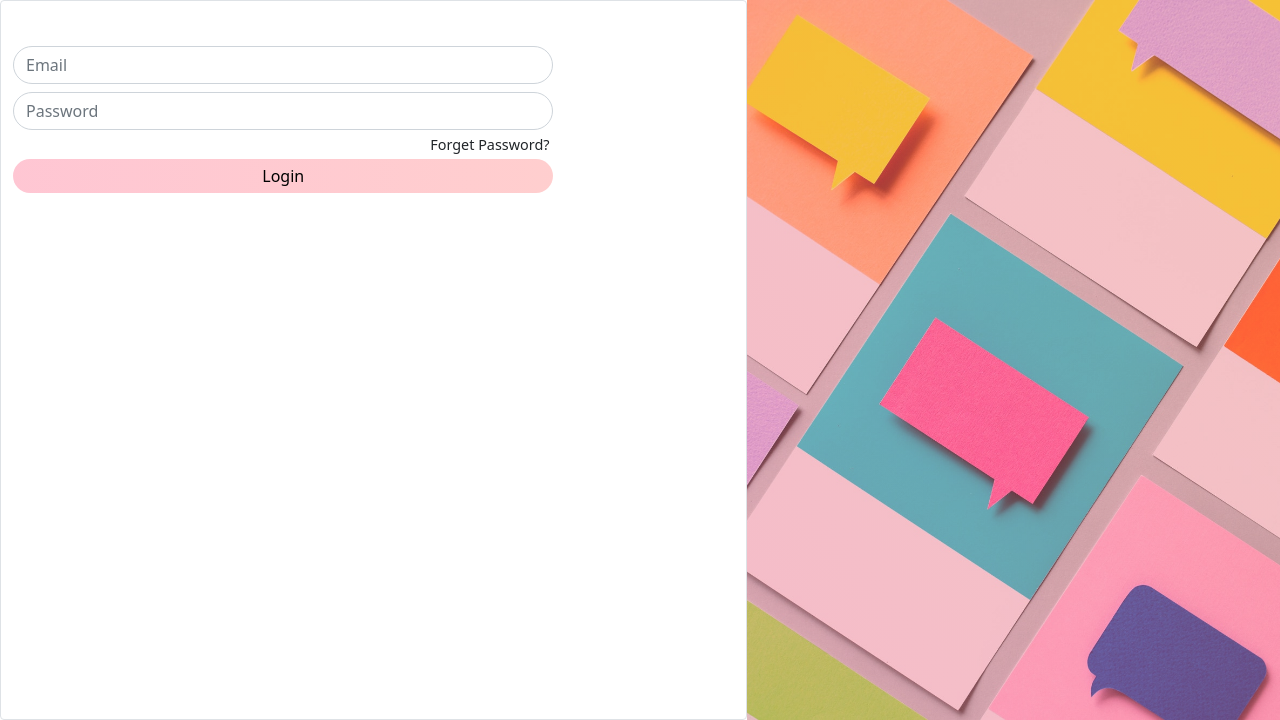
Repository: SaudCh/React-login
Page: /login
An editor plug-in stored every save of this project. The page is shown before and after the next save, followed by the edit.
The browser window is 1280 px wide. The pictures show the whole page.
The project was rebuilt for these pictures with package versions that can differ from the ones it lists, and the page was loaded fresh each time. Also part of the build but not shown: src/Components/Register/RegsiterCss.js, src/Components/Register/RegisterValidation.js, src/Components/Register/Register.jsx, src/Components/Home/Home.jsx.

Above is the page before, as saved 2022-02-06 12:30:40.

### src/App.js
import Login from './Components/Login/Login';
import Register from './Components/Register/Register'
import '../node_modules/bootstrap/dist/css/bootstrap.min.css'
import { Routes, Route } from 'react-router-dom'
import Home from './Components/Home/Home';

function App() {
  return (
    <Routes>
      <Route path="login" element={<Login />} />
      <Route path="register" element={<Register />} />
      <Route path="/" element={<Home />} />
      <Route path="*" element={<Register />} />
    </Routes >
  );
}

export default App;

### src/Components/Login/Login.jsx
import React, { useState } from "react";
import "./Login.css";
import { formStyle } from "./logincss";
import axios from "axios";
import { loginValidation } from "./loginValidation";

export default function Login() {
  const [email, setEmail] = useState();
  const [password, setPassword] = useState();
  const [error, setError] = useState("");

  const formSubmit = (e) => {
    setError("");
    e.preventDefault();
    const data = {
      email: email,
      password: password,
    };

    const errors = loginValidation(data);

    if (Object.keys(errors).length !== 0) {
      setError(errors);
      return;
    }

    axios
      .post("http://localhost:5000/api/user/login", data)
      .then(function (response) {
        console.log(response);
      })
      .catch(function (error) {
        let err;
        if (error.response) {
          err = error.response.data.message;
        } else if (error.request) {
          err = error.toJSON().message;
        } else {
          err = error.message;
        }
        setError({ api: err });
      });
  };

  return (
    <div>
      <div className="container-fluid">
        <div className="row">
          <div className="col-10 col-md-7 border rounded">
            <form onSubmit={formSubmit} className="col-9">
              {error.api && <p className="text-danger p-0 m-0">{error.api}</p>}
              <div className="my-2">
                <h4 className="text-white">Login </h4>
              </div>
              <div className="form-group my-2">
                <input
                  style={formStyle}
                  value={email}
                  onChange={(email) => setEmail(email.target.value)}
                  type="email"
                  class="form-control"
                  id="email"
                  placeholder={"Email"}
                />
                {error.email && (
                  <p className="text-danger p-0 m-0">{error.email}</p>
                )}
              </div>
              <div className="form-group mt-2 mb-1">
                <input
                  style={formStyle}
                  value={password}
                  onChange={(password) => setPassword(password.target.value)}
                  type="password"
                  class="form-control"
                  id="password"
                  placeholder="Password"
                />
                {error.password && (
                  <p className="text-danger p-0 m-0">{error.password}</p>
                )}
              </div>
              <div>
                <p className="text-end p-0 m-1" style={{ fontSize: "0.9rem" }}>
                  Forget Password?
                </p>
              </div>
              <div>
                <button className="login-btn">Login</button>
              </div>
            </form>
          </div>
          <div className="col-md-5 login-background-image "></div>
        </div>
      </div>
    </div>
  );
}

### src/Components/Login/Login.css
:root {
  --primary: rgba(254, 113, 145, 0.4);
  --secondary: rgba(255, 133, 133, 0.4);
}
.login-background-image {
  height: 100vh;
  width: 100vw;

  background: linear-gradient(to top right, var(--primary), var(--secondary)),
    url("../Images/back.jpg") no-repeat center center / cover;
}

.login-btn {
  width: 100%;
  border: none;
  border-radius: 25px;
  padding: 5px 0;
  background: linear-gradient(to right, var(--primary), var(--secondary));
}

input:hover,
input:active,
input:focus,
input:-webkit-autofill {
  outline: 0px !important;
  -webkit-appearance: none;
  box-shadow: none !important;
}
input:-webkit-autofill,
input:-webkit-autofill:focus {
  transition: background-color 600000s 0s, color 600000s 0s;
}

### src/Components/Login/logincss.js
export const formStyle = {
    backgroundColor: "transparent",
    borderRadius: 25,
};

### src/Components/Login/loginValidation.js
export const loginValidation = (data) => {
    let errors = {};

    if (!data.email) {
        errors.email = "Email Is Required."
    }
    else if (!/\S+@\S+\.\S+/.test(data.email)) {
        errors.email = "Invalid Email"
    }
    if (!data.password) {
        errors.password = "Password is required."
    }
    else if (data.password.length < 6) {
        errors.password = "Password Must be more than Six Characters"
    }
    return errors;

}

### src/Components/Register/Register.css
.background-image {
  background-image: linear-gradient(rgba(0, 0, 0, 0.2), rgba(0, 0, 0, 0.2)),
    url("../Images/back.jpg");
  background-position: center;
  background-repeat: no-repeat;
  background-size: cover;

  height: 100vh;
  justify-content: center;
  align-items: center;

  position: relative;
  z-index: 1;
}
.background-image::before {
  content: "";
  position: absolute;
  background: inherit;
  top: 0;
  bottom: 0;
  left: 0;
  right: 0;
  filter: blur(1px);
  z-index: -1;
}

.background-text {
  padding: 20px 0px;
  display: flex;
  justify-content: center;
  align-items: center;

  box-shadow: 0 0 1rem 0 rgba(0, 0, 0, 0.2);
  position: relative;
  background: inherit;
  z-index: 1;
}
.background-text::before {
  content: "";
  position: absolute;
  background: inherit;
  top: 0;
  bottom: 0;
  left: 0;
  right: 0;
  box-shadow: inset 0 0 2000px rgba(255, 255, 255, 0.3);
  /* filter: blur(1px); */
  z-index: -1;
}

input:hover,
input:active,
input:focus,
input:-webkit-autofill {
  outline: 0px !important;
  -webkit-appearance: none;
  box-shadow: none !important;
}
input:-webkit-autofill,
input:-webkit-autofill:focus {
  transition: background-color 600000s 0s, color 600000s 0s;
}

Loaded but not shown: public/index.html (common file); src/index.js (common file); src/index.css (common file); src/reportWebVitals.js (common file)

After the next save:
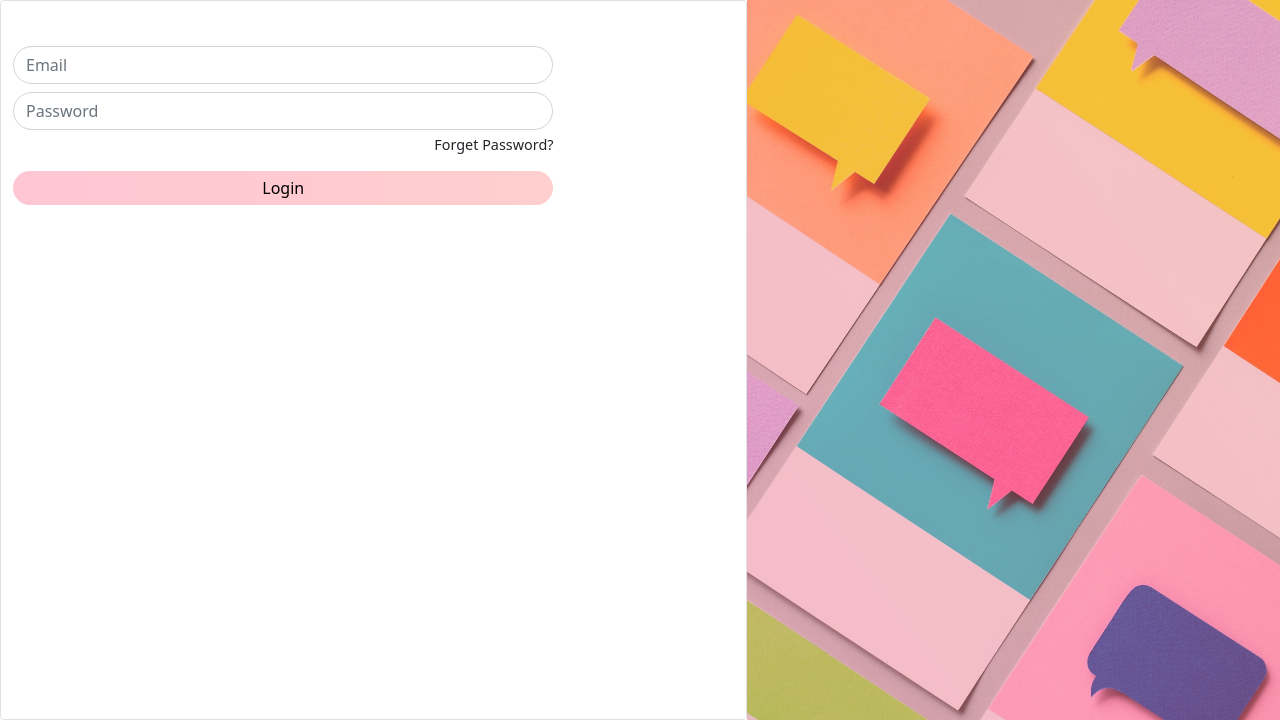
Saved 53 s later.
--- a/src/Components/Login/Login.jsx
+++ b/src/Components/Login/Login.jsx
@@ -81,7 +81,7 @@ export default function Login() {
                 )}
               </div>
               <div>
-                <p className="text-end p-0 m-1" style={{ fontSize: "0.9rem" }}>
+                <p className="text-end p-0" style={{ fontSize: "0.9rem" }}>
                   Forget Password?
                 </p>
               </div>
